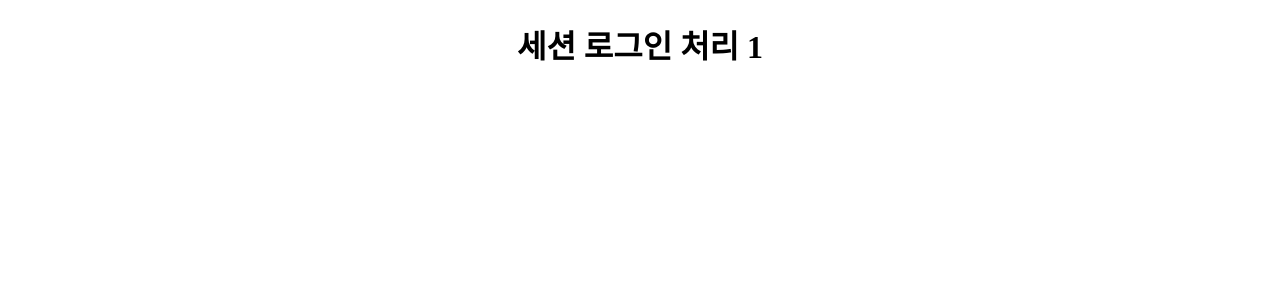
Repository: kdw1437/CreateBoardProject
Page: http://localhost/CookieSession/SessionLoginProc.jsp
The author's editor kept a copy of each file at every save. The page is drawn from the files as they stood at one save, then again after the next save.
The browser window is 1280 px wide. The pictures show the whole page.
The page is served by Tomcat 9.

Above is the page before, as saved 2024-08-07 00:48:29.

### CookieSession/src/main/webapp/SessionLoginProc.jsp
<%@ page language="java" contentType="text/html; charset=EUC-KR"
    pageEncoding="EUC-KR"%>
<!DOCTYPE html>
<html>
<body>

	<center>
		<h1> 세션 로그인 처리 1 </h1>




<%
	request.setCharacterEncoding("euc-kr");

	String id = request.getParameter("id");
	String pass = request.getParameter("pass");

%>


	</center>

</body>
</html>

After the next save:
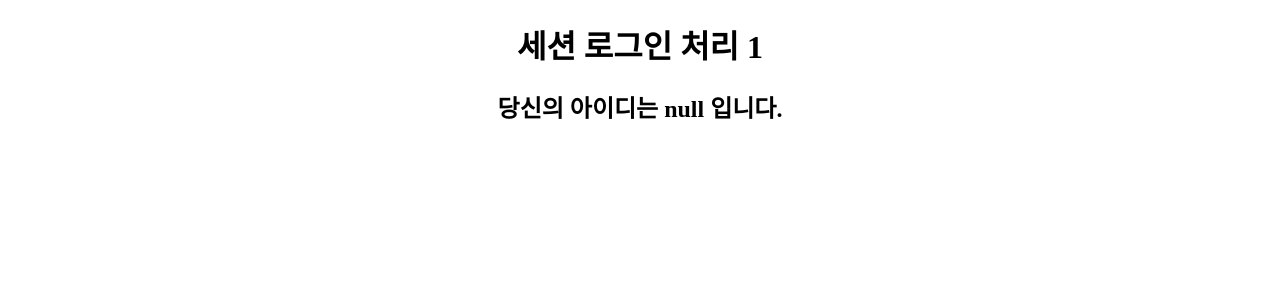
Saved 22 s later.
--- a/CookieSession/src/main/webapp/SessionLoginProc.jsp
+++ b/CookieSession/src/main/webapp/SessionLoginProc.jsp
@@ -17,7 +17,7 @@
 	String pass = request.getParameter("pass");
 
 %>
-
+		<h2> 당신의 아이디는 <%=id %> 입니다. </h2>
 
 	</center>
 
